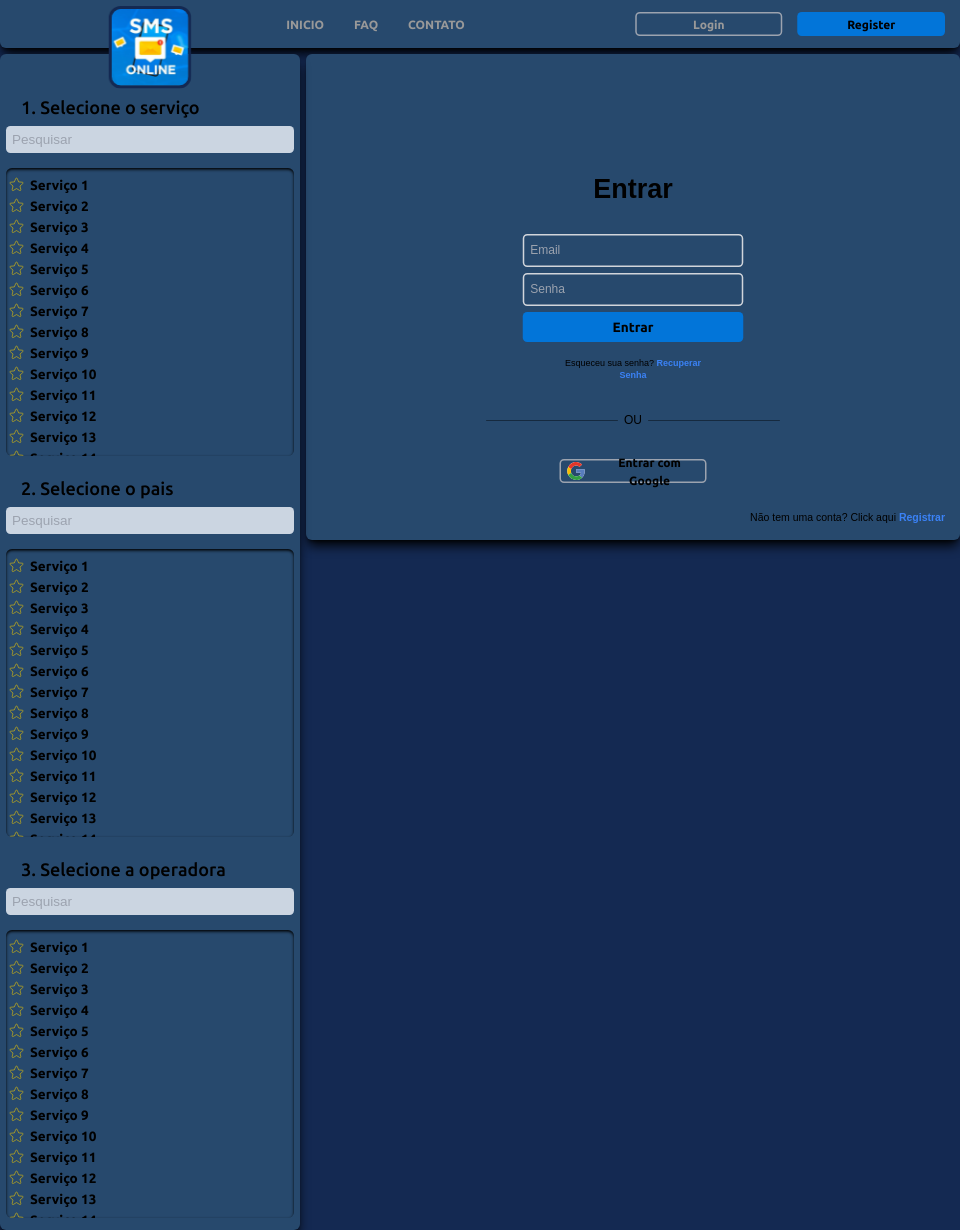
Repository: Felipe-Henrique-Dev/-DIOGO-SMS
Page: /auth
The author's editor kept a copy of each file at every save. The page is drawn from the files as they stood at one save, then again after the next save.
The browser window is 1280 px wide. The pictures show the whole page, at 75% of full size.
The project was rebuilt for these pictures with package versions that can differ from the ones it lists, and the page was loaded fresh each time. The framework's server and built-in components were replaced by stand-ins that run in the browser. Also part of the build but not shown: next.config.ts.

Above is the page before, as saved 2024-12-16 22:58:39.

After the next save:
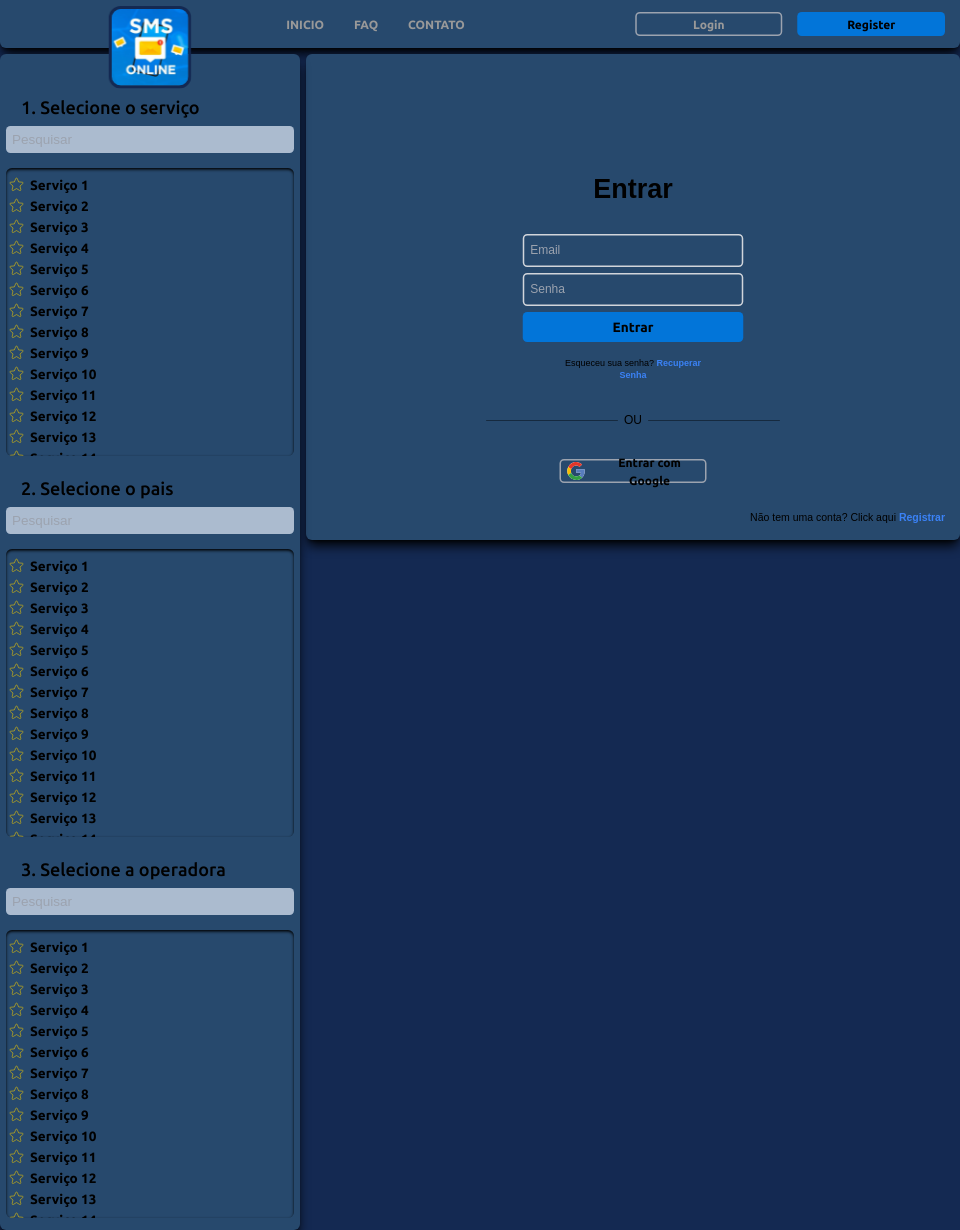
Saved 19 s later.
--- a/src/app/globals.css
+++ b/src/app/globals.css
@@ -9,7 +9,7 @@
   --background-secondary: hsl(211, 47%, 29%);
   --tertiary: hsl(0, 0%, 60%);
   --primary_text: hsl(0, 0%, 100%);
-  --light: hsl(213, 27%, 84%);
+  --light: hsl(213, 27%, 74%);
   --foreground: #171717;
   --color-primary: #000;
   --color-secondary: hsl(208, 98%, 43%);
